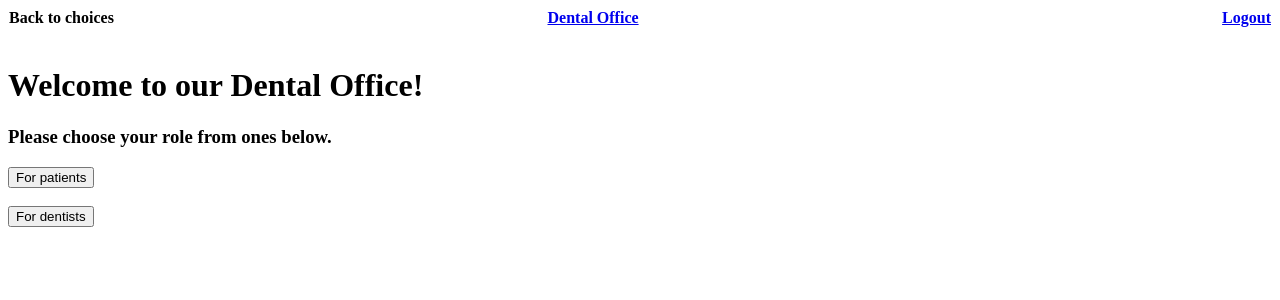
Repository: ThEgIGN/DentalOfficeWebApplication
Page: http://localhost/DentalOfficeWEB/
The author's editor kept a copy of each file at every save. The page is drawn from the files as they stood at one save, then again after the next save.
The browser window is 1280 px wide. The pictures show the whole page.
The page is served by Tomcat 9. Nobody is signed in. The application's start-up code is not run.

Above is the page before, as saved 2023-06-16 10:32:09.

After the next save:
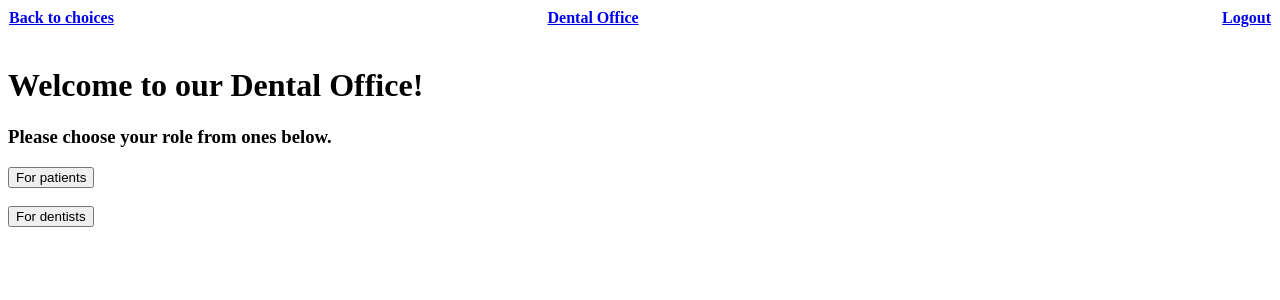
Saved 4 min 7 s later.
--- a/DentalOfficeProject/DentalOfficeWEB/src/main/webapp/index.jsp
+++ b/DentalOfficeProject/DentalOfficeWEB/src/main/webapp/index.jsp
@@ -9,7 +9,8 @@
 <body>
 	<table style="width: 100%; border-collapse: collapse;">
 		<tr>
-			<td style="text-align: left"><b>Back to choices</b></td>
+			<td style="text-align: left"><b><a
+					href="/DentalOfficeWEB/LogoutServlet">Back to choices</a></b></td>
 			<td><b><a href="/DentalOfficeWEB/index.jsp">Dental Office</a></b></td>
 
 			<td style="text-align: right"><b><a
